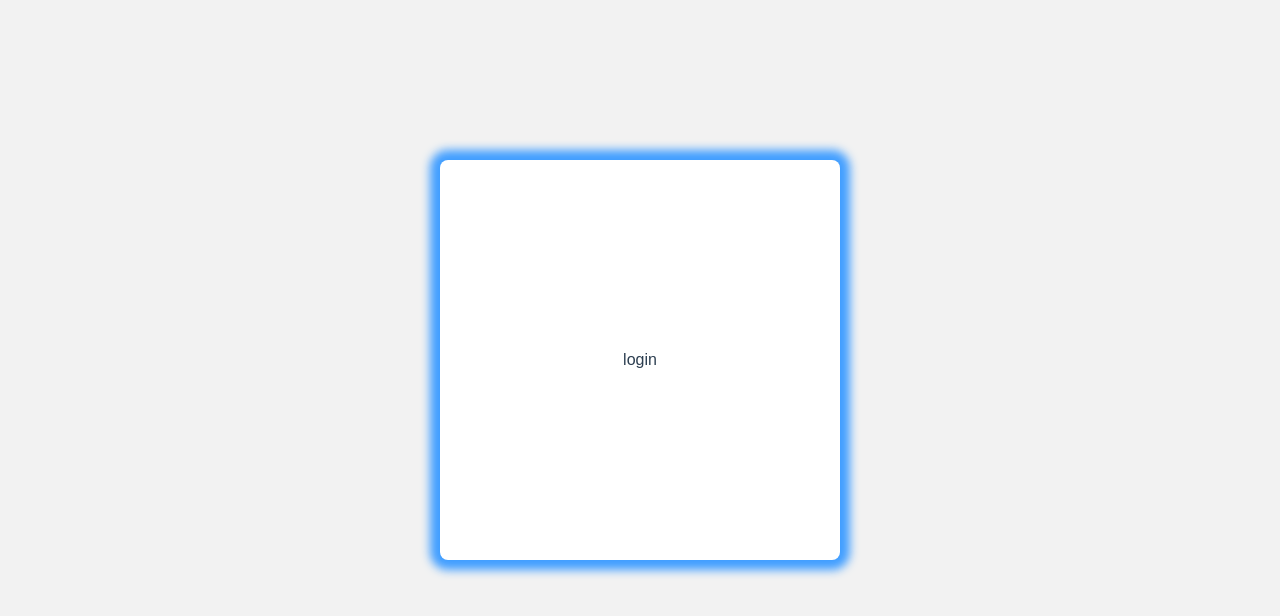
Repository: omsGroup/oms
Page: /#/recover
An editor plug-in stored every save of this project. The page is shown before and after a run of saves, followed by the edit.
The browser window is 1280 px wide. The pictures show the whole page.
The project was rebuilt for these pictures with package versions that can differ from the ones it lists, and the page was loaded fresh each time.

Above is the page before, as saved 2018-09-02 20:57:22.

### index.html
<!DOCTYPE html>
<html>
  <head>
    <meta charset="utf-8">
    <meta name="viewport" content="width=device-width,initial-scale=1.0">
    <title>oms</title>
    <script src="//at.alicdn.com/t/font_741279_u6newasw37.js"></script>
  </head>
  <body>
    <div id="app"></div>
    <!-- built files will be auto injected -->
  </body>
</html>

### src/main.js
// The Vue build version to load with the `import` command
// (runtime-only or standalone) has been set in webpack.base.conf with an alias.
import Vue from 'vue'
import App from './App'
import router from './router'
import Vuex from 'vuex'
import store from './vuex/store.js'
import './assets/common.less'
import ElementUI from 'element-ui';
import 'element-ui/lib/theme-chalk/index.css';
import * as filters from  './plugins/filters'
import * as axios from '@/axios'

Vue.prototype.$axios = axios
Object.keys(filters).forEach(key=>{
    Vue.filter(key,filters[key])
});

Vue.use(ElementUI,Vuex);
Vue.config.productionTip = false;

/* eslint-disable no-new */
new Vue({
    el: '#app',
    router,
    store,
    components: {
        App
    },
    template: '<App/>'
})

### src/router/index.js
import Vue from 'vue'
import Router from 'vue-router'
import login from '@/components/login'
import store from '../vuex/store.js'
const recover = r => require.ensure([], () => r(require('@/pages/recover/recover')), 'recover');
const layout = r => require.ensure([], () => r(require('@/components/layout')), 'layout');
const home = r => require.ensure([], () => r(require('@/pages/home/home')), 'home');
const userInfo = r => require.ensure([], () => r(require('@/pages/user/userInfo')), 'userInfo');
const userAudit = r => require.ensure([], () => r(require('@/pages/audit/userAudit')), 'userAudit');
const financeInfo = r => require.ensure([], () => r(require('@/pages/finance/financeInfo')), 'financeInfo');
const systemSetting = r => require.ensure([], () => r(require('@/pages/system/systemSetting')), 'systemSetting');
const authorityManagement = r => require.ensure([], () => r(require('@/pages/system/authorityManagement')), 'authorityManagement');


Vue.use(Router);

const Routers = new Router({
    routes: [{
        path: '/',
        name: 'login',
        component: login
    }, {
        path: '/layout',
        name: 'layout',
        component: layout,
        redirect:'/home',
        children: [{
            path: '/home',
            name: '首页',
            component: home
        }, {
            path:'/userInfo',
            name:'用户信息',
            component:userInfo
        }, {
            path:'/userAudit',
            name:'用户审核',
            component:userAudit
        }, {
            path:'/financeInfo',
            name:'财务信息',
            component:financeInfo
        }, {
            path:'/systemSetting',
            name:'系统设置',
            component:systemSetting
        },{
            path:'/authorityManagement',
            name:'权限管理',
            component:authorityManagement
        }]
    }, {
        path: '/recover',
        name: 'recover',
        component: recover
    }]
})

Routers.beforeEach((to, from, next)=>{
    let tabsData=[]
    if(to.path!=='/'){
        if(!localStorage.getItem('userInfo')){
            next('/')
            return
        }
    }
    if(localStorage.getItem('tabsData')){
        let tabsData=JSON.parse(localStorage.getItem('tabsData'))
        let findRepeat=tabsData.findIndex((value,index,tabsData)=>{
            return value.name===to.name
        })
        if(findRepeat===-1){
            tabsData.push({title:to.name,name:to.name,path:to.path})
            localStorage.setItem('tabsData',JSON.stringify(tabsData))
            store.commit('setTabs')
        }
        localStorage.setItem('currTabs', to.name)
        store.commit('setTabs')
        store.commit('setCurrTabs')
    }else{
        if(to.name!=='login'){
            tabsData.push({title:to.name,name:to.name,path:to.path})
            localStorage.setItem('tabsData', JSON.stringify(tabsData))
            localStorage.setItem('currTabs', tabsData[0].name)
            store.commit('setTabs')
            store.commit('setCurrTabs')
        }
    }
    next();
})

export default Routers

### src/vuex/store.js
import Vue from 'vue'
import Vuex from 'vuex'

Vue.use(Vuex)
const store=new Vuex.Store({
    state:{
        author:'BWW',
        tabsData:'',
        currTabs:''
    },
    mutations:{
    	saveTabs(state,msg){
    		localStorage.setItem('tabsData',JSON.stringify(msg))
    	},
    	setTabs(state){
    		state.tabsData=JSON.parse(localStorage.getItem('tabsData'))
        },
        setCurrTabs(state){
            state.currTabs = localStorage.getItem('currTabs')
        }
    },
})
export default store

### src/assets/common.less
html,body{
    height: 100%;
    width: 100%;
}
body, div, span, header, footer, nav, section, aside, article, ul, dl, dt, dd, li, a, p, h1, h2, h3, h4,h5, h6, i, b, textarea, button, input, select, figure, figcaption {
    padding: 0;
    margin: 0;
    list-style: none;
    font-style: normal;
    text-decoration: none;
    border: none;
    font-family: "Microsoft Yahei",sans-serif;
    -webkit-tap-highlight-color:transparent;
    -webkit-font-smoothing: antialiased;
    &:focus {
        outline: none;
    }
}
.flex-center-center{
    display: flex;
    align-items: center;
    justify-content: center;
}
.el-menu{
    border-right: none !important;
}
.icon {
    width: 1.2em; height: 1.2em;
    vertical-align: -0.15em;
    margin-right:5px;
    fill: currentColor;
    overflow: hidden;
}

### src/plugins/filters.js
export function sex(val){
    return val === 1?'男':'女'
}
export function accountType(val){
    return val === 0 ?'普通用户':val === 1?'管理员':'超级管理员'
}
export function timestampTransform(val){
    let date=new Date(val);
    return date.getFullYear()+'-'+checkTen(date.getMonth()+1)+'-'+checkTen(date.getDate())+' '+checkTen(date.getHours())+':'+checkTen(date.getMinutes())+':'+checkTen(date.getSeconds())
}
function checkTen(val){
    return val<10?'0'+val:val
}

### src/axios/index.js
import axios from 'axios'
import qs from 'qs'

// axios 配置
axios.defaults.timeout = 10000;
axios.defaults.headers.post['Content-Type'] = 'application/json;charset=UTF-8';
axios.defaults.baseURL = `http://${process.env.NODE_ENV}.oms-api.qiuxiaomi.cn`;
// // 或者
// switch(process.env.NODE_ENV) {
//     case 'dev':
//         axios.defaults.baseURL = 'http://dev.api.qiuxiaomi.cn';
//         break;
//     case 'production':
//         axios.defaults.baseURL = 'http://[pro].api.qiuxiaomi.cn';
//         break;
// }
// axios.defaults.baseURL = 'http://production.api.qiuxiaomi.cn/ranking/live_ranking_lis';
let instance = axios.create({
    headers:{

    },
    data:{

    },
    params:{

    }
})
//POST传参序列化
instance.interceptors.request.use((config) => {
    if(config.method  === 'post'){
        config.data = qs.stringify(config.data);
    }
    return config;
},(error) =>{
    return Promise.reject(error);
});

//返回状态判断
instance.interceptors.response.use((res) =>{
    if(res.status === 200){
        if(res.data.errorCode===1){
            return Promise.resolve(res.data)
        }else{
            this.$message.error(res.data.msg)
        }
    }else if(res.status === 500){
        this.$message.error('服务器异常')
    }
    return res;
}, (error) => {
    //404等问题可以在这里处理
    return Promise.reject(error);
});

export function fetch(url, params) {
    return new Promise((resolve, reject) => {
        axios.defaults.headers.post['Content-Type'] = 'application/json;charset=UTF-8';
        instance.post(url, params)
            .then(response => {
                resolve(response.data);
            }, err => {
                reject(err);
            })
            .catch((error) => {
                reject(error)
            })
    })
};
export function postFormat(url,params){
    return new Promise((resolve,reject)=>{
        axios.defaults.headers.post['Content-Type'] = 'application/x-www-form-urlencoded';
        instance.post(url,params)
            .then((response) => {
                resolve(response);
            }).catch((error) => {
                console.log(error,'error')
                reject(error)
            })
    })
};
export function formData(url,param={}){
    return instance.post(url,param,{
        headers: {
            'enctype': 'multipart/form-data',
            'Cache-Control': 'no-store',
            'Pragma': 'no-cache'
        },
        data: param || {},
        transformRequest:[function() {
            let fd = new FormData();
            for (let i in param) {
                if (param.hasOwnProperty(i)) {
                    fd.append(i, param[i]);
                }
            }
            return fd;
        }]
    })
}
export default {
    formData,
    fetch,
    postFormat,
    instance
}

### src/components/login.vue
<template>
    <div id="canvas"
         class="login-pages flex-center-center">
        <div class="login-box flex-center-center">
            <div class="login">login</div>
        </div>
    </div>
</template>
<script>
import echart from 'echarts'
import Vue from 'vue'
import * as THREE from 'three'
import defaultImg from '../assets/images/Generic_Celestia_asteroid_texture.jpg'

export default {
    data() {
        return {
            form: {
                username: "",
                password: "",
            },
        }
    },
    mounted() {

    },
    destory(){
        THREE.Cache.clear()
    },
    methods: {
        submitLogin() {
            localStorage.clear();
            this.$refs.form.validate((valid) => {
                if (valid) {
                    this.$axios.postFormat('/v1/login',this.form).then((res)=>{
                        localStorage.setItem('userInfo',JSON.stringify(res.data))
                        this.$message.success("登录成功");
                        this.$router.replace('/layout');
                    }).catch((error)=>{
                        this.$message.error('登录失败')
                    })
                }
            })
        },
    }
}

</script>
<style lang="less">
    .login-pages {
        width: 100%;
        height: 100%;
        // background: linear-gradient(90deg,#419eff,#41ccff);
        background:#f2f2f2;
        .login-box{
            width: 400px;
            height:400px;
            // border:1px solid #999;
            border-radius:8px;
            box-shadow: #419eff 0px 0px 10px 10px;
            background:#fff;
        }
    }

</style>

Loaded but not shown: src/App.vue (common file)

After the next 2 saves:
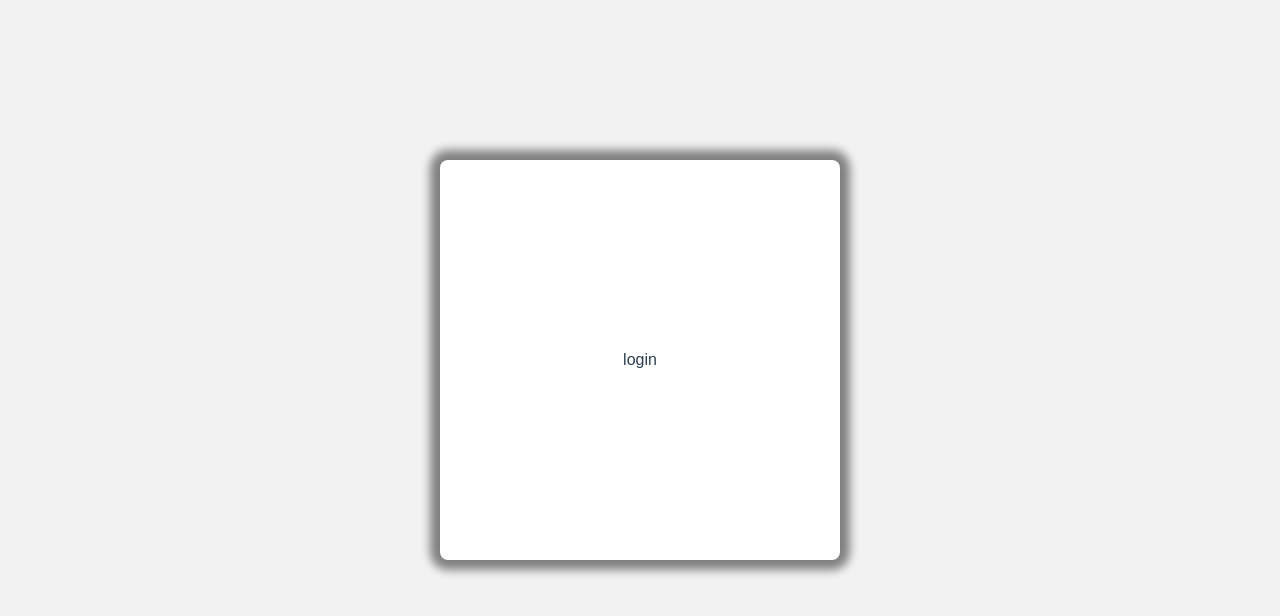
The 2 saves are shown as one change because they came seconds apart.
The last was saved 5 min 49 s later.
--- a/src/components/login.vue
+++ b/src/components/login.vue
@@ -57,7 +57,7 @@ export default {
             height:400px;
             // border:1px solid #999;
             border-radius:8px;
-            box-shadow: #419eff 0px 0px 10px 10px;
+            box-shadow: gray 0px 0px 10px 10px;
             background:#fff;
         }
     }
